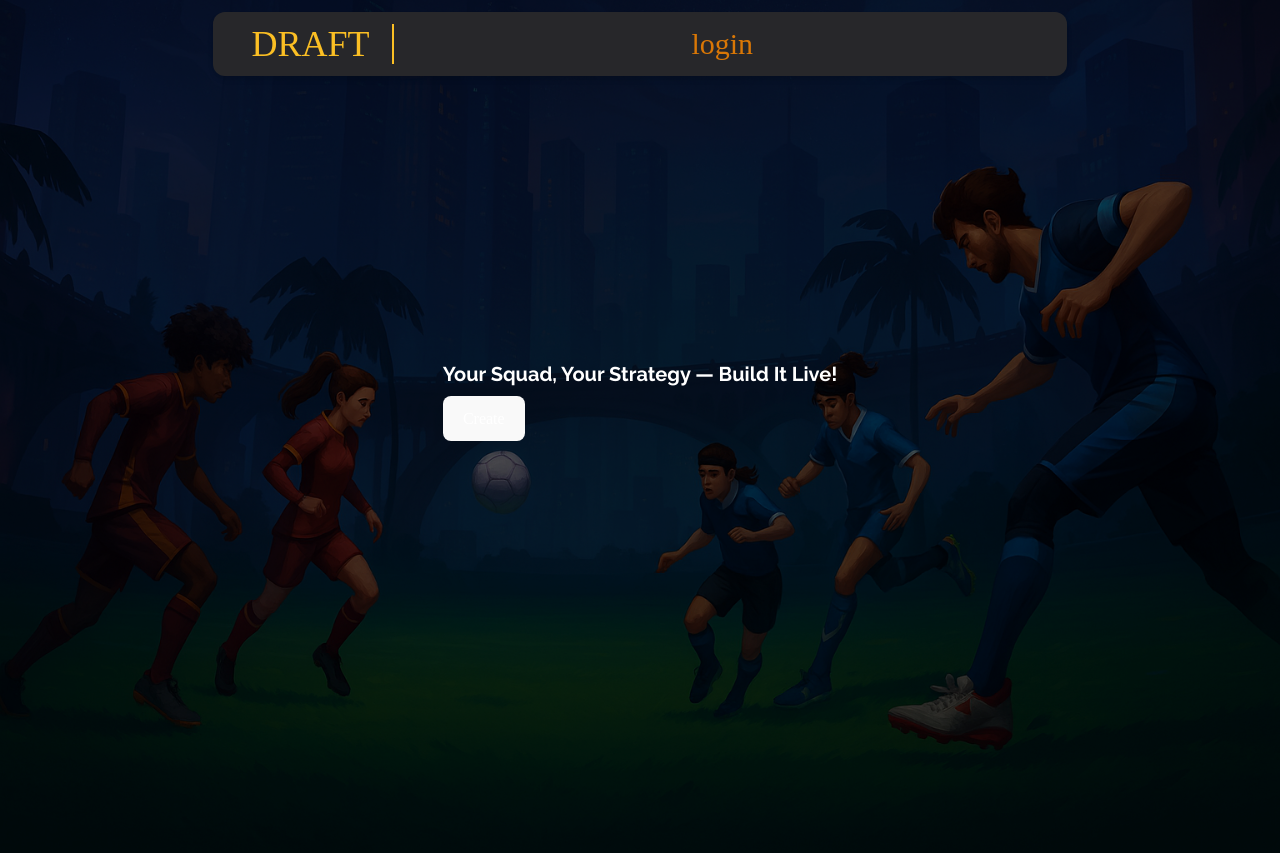
Repository: MehediMim/LeagueCrafter--Online-Auction-Platform-Project
Page: / (app in my-app/)
An editor plug-in stored every save of this project. The page is shown before and after the next save, followed by the edit.
The browser window is 1280 px wide. The pictures show the whole page.
Some web fonts or font styles are not loaded; a fallback is used. The project was rebuilt for these pictures with package versions that can differ from the ones it lists, and the page was loaded fresh each time. Also part of the build but not shown: my-app/vite.config.js, my-app/src/pages/Dashboard.jsx, my-app/src/pages/Login.jsx.

Above is the page before, as saved 2025-05-25 02:03:22.

After the next save:
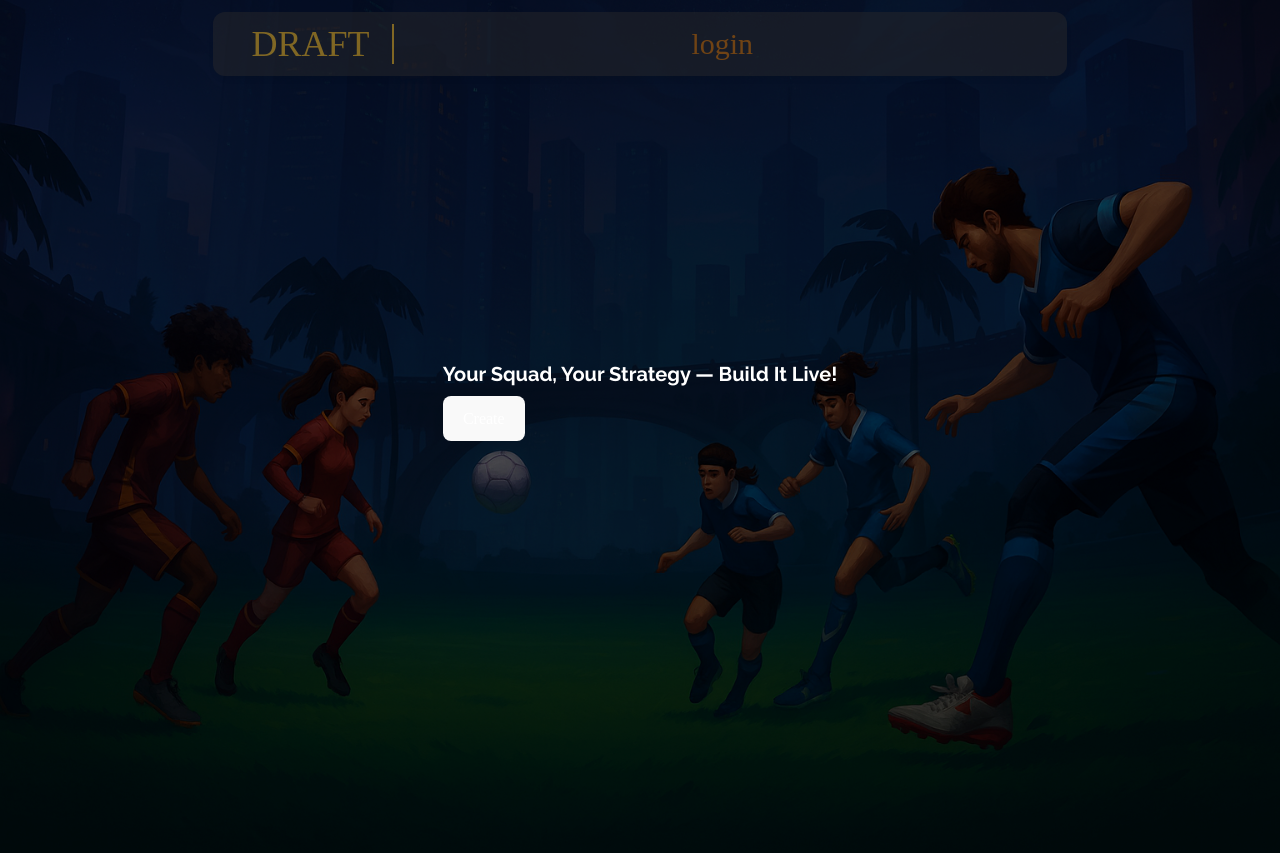
Saved 35 s later.
--- a/my-app/src/components/Navbar.jsx
+++ b/my-app/src/components/Navbar.jsx
@@ -8,7 +8,7 @@
   return (
     <div className="h-16 w-screen absolute top-3 z-50 flex justify-center">
       <div className="w-2/3 flex justify-center">
-        <div className="bg-zinc-800 shadow-md p-4 rounded-xl w-full flex items-center">
+        <div className="bg-zinc-800 opacity-50 shadow-md p-4 rounded-xl w-full flex items-center">
           {/* <div className="w-auto h-auto rounded-xl m-4 flex p-4"> */}
           <div className="w-1/4 border-r-2 border-amber-400 flex justify-center">
             <Link to="/"><h1 className="font-jaro text-4xl text-amber-400 hover:text-white">DRAFT</h1></Link>

After the save that followed:
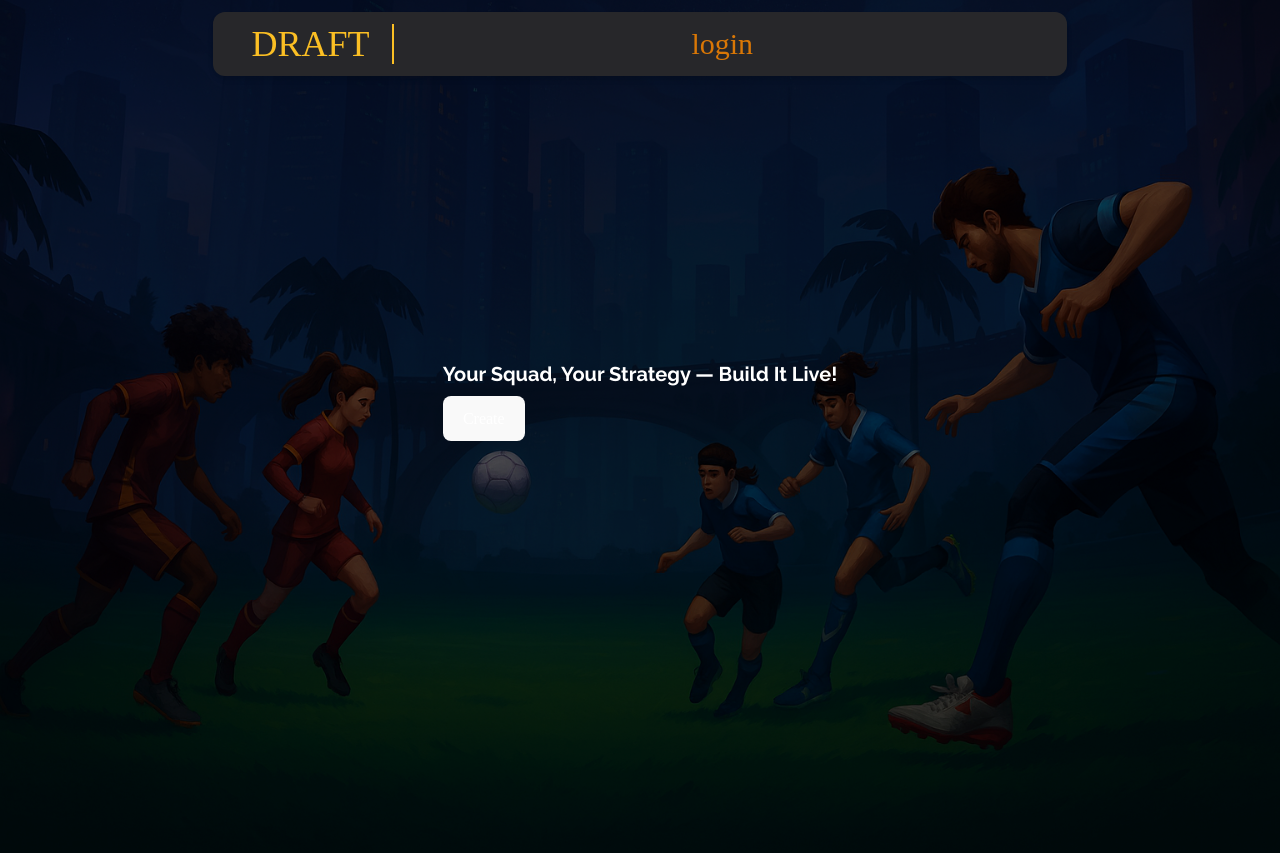
Saved 5 s later.
--- a/my-app/src/components/Navbar.jsx
+++ b/my-app/src/components/Navbar.jsx
@@ -8,7 +8,7 @@
   return (
     <div className="h-16 w-screen absolute top-3 z-50 flex justify-center">
       <div className="w-2/3 flex justify-center">
-        <div className="bg-zinc-800 opacity-50 shadow-md p-4 rounded-xl w-full flex items-center">
+        <div className="bg-zinc-800  shadow-md p-4 rounded-xl w-full flex items-center">
           {/* <div className="w-auto h-auto rounded-xl m-4 flex p-4"> */}
           <div className="w-1/4 border-r-2 border-amber-400 flex justify-center">
             <Link to="/"><h1 className="font-jaro text-4xl text-amber-400 hover:text-white">DRAFT</h1></Link>
